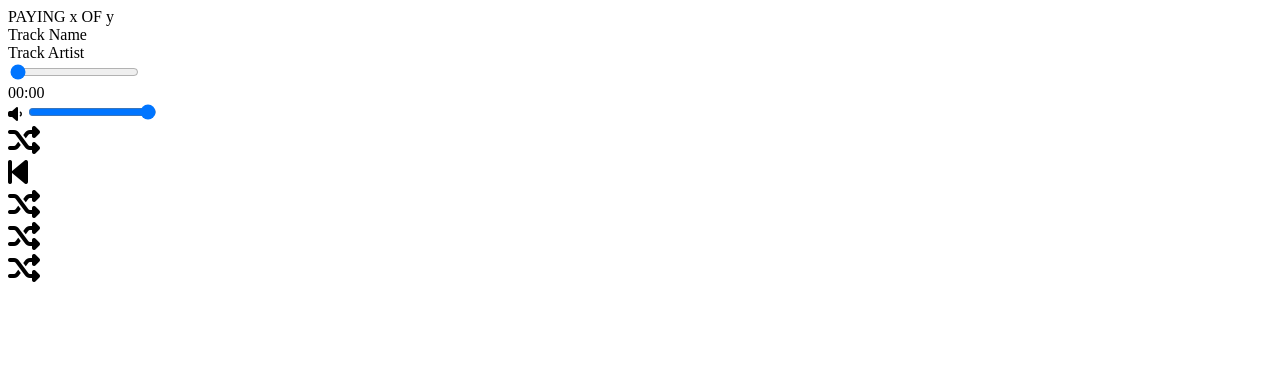
Repository: NguyenVietPhuQuy/Javascript-AudioPlayer
Page: index.html
The author's editor kept a copy of each file at every save. The page is drawn from the files as they stood at one save, then again after the next save.
The browser window is 1280 px wide. The pictures show the whole page.

Above is the page before, as saved 2022-11-09 08:11:09.

### index.html
<!DOCTYPE html>
<html lang="en">
<head>
    <meta charset="UTF-8">
    <meta http-equiv="X-UA-Compatible" content="IE=edge">
    <meta name="viewport" content="width=device-width, initial-scale=1.0">
    <title>Music Player</title>
    <!--Font-Awesome-->
    <link rel="stylesheet" href="https://cdnjs.cloudflare.com/ajax/libs/font-awesome/6.2.0/css/all.min.css">

</head>
<body>
    <div class="player">
        <div class="wrapper">
            <div class="details">
                <div class="now-playing">PAYING x OF y</div>
                <div class="track-art"></div>
                <div class="track-name">Track Name</div>
                <div class="track-artist">Track Artist</div>
            </div>

            <div class="slider_container">
                <div class="current-time"></div>
                <input type="range" min="1" max="100" value="0"
                class="seek_slider" onchange="seekTo()">
                <div class="total-duration">00:00</div>
            </div>

            <div class="slider_container">
                <i class="fa fa-volume-down"></i>
                <input type="range" min="1" max="100" value="99"
                class="volume_slider" onchange="setVolume()">
            </div>

            <div class="buttons">

                <div class="random-track">
                    <i class="fas fa-random fa-2x" title="random"
                    onclick="randomTrack()"></i>
                </div>

                <div class="prev-track">
                    <i class="fas fa-step-backward fa-2x" title="random"
                    onclick="prevTrack()"></i>
                </div>

                <div class="random-track">
                    <i class="fas fa-random fa-2x" title="random"
                    onclick="randomTrack()"></i>
                </div>

                <div class="random-track">
                    <i class="fas fa-random fa-2x" title="random"
                    onclick="randomTrack()"></i>
                </div>

                <div class="random-track">
                    <i class="fas fa-random fa-2x" title="random"
                    onclick="randomTrack()"></i>
                </div>

            </div>
        </div>
    </div>
</body>
</html>

After the next save:
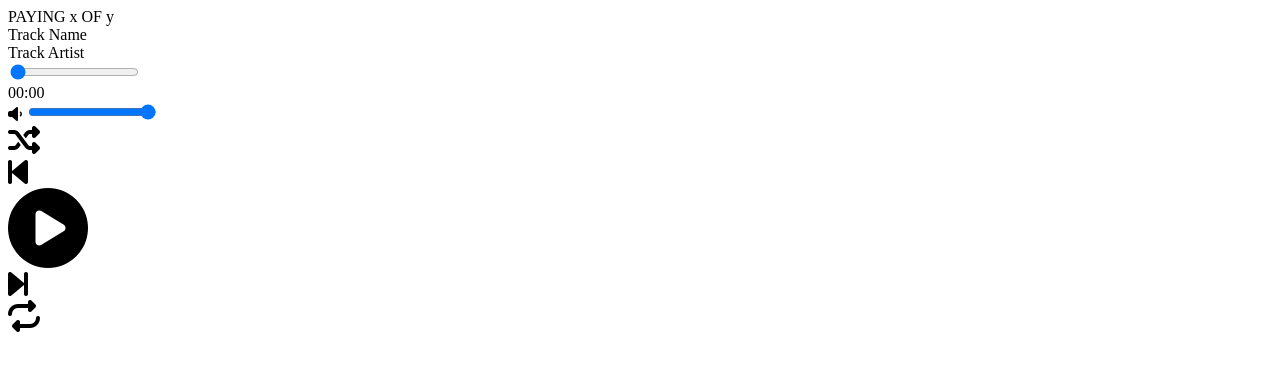
Saved 3 min 37 s later.
--- a/index.html
+++ b/index.html
@@ -33,33 +33,33 @@
             </div>
 
             <div class="buttons">
-
                 <div class="random-track">
                     <i class="fas fa-random fa-2x" title="random"
                     onclick="randomTrack()"></i>
                 </div>
 
                 <div class="prev-track">
-                    <i class="fas fa-step-backward fa-2x" title="random"
+                    <i class="fas fa-step-backward fa-2x"
                     onclick="prevTrack()"></i>
                 </div>
 
-                <div class="random-track">
-                    <i class="fas fa-random fa-2x" title="random"
-                    onclick="randomTrack()"></i>
+                <div class="playerpause-track">
+                    <i class="fas fa-play-circle fa-5x"
+                    onclick="playPauseTrack()"></i>
                 </div>
 
-                <div class="random-track">
-                    <i class="fas fa-random fa-2x" title="random"
-                    onclick="randomTrack()"></i>
+                <div class="next-track">
+                    <i class="fas fa-step-forward fa-2x"
+                    onclick="nextTrack()"></i>
                 </div>
 
-                <div class="random-track">
-                    <i class="fas fa-random fa-2x" title="random"
-                    onclick="randomTrack()"></i>
+                <div class="repeat-track">
+                    <i class="fas fa-repeat fa-2x" title="repeat"
+                    onclick="repeatTrack()"></i>
                 </div>
+            </div>
 
-            </div>
+
         </div>
     </div>
 </body>
